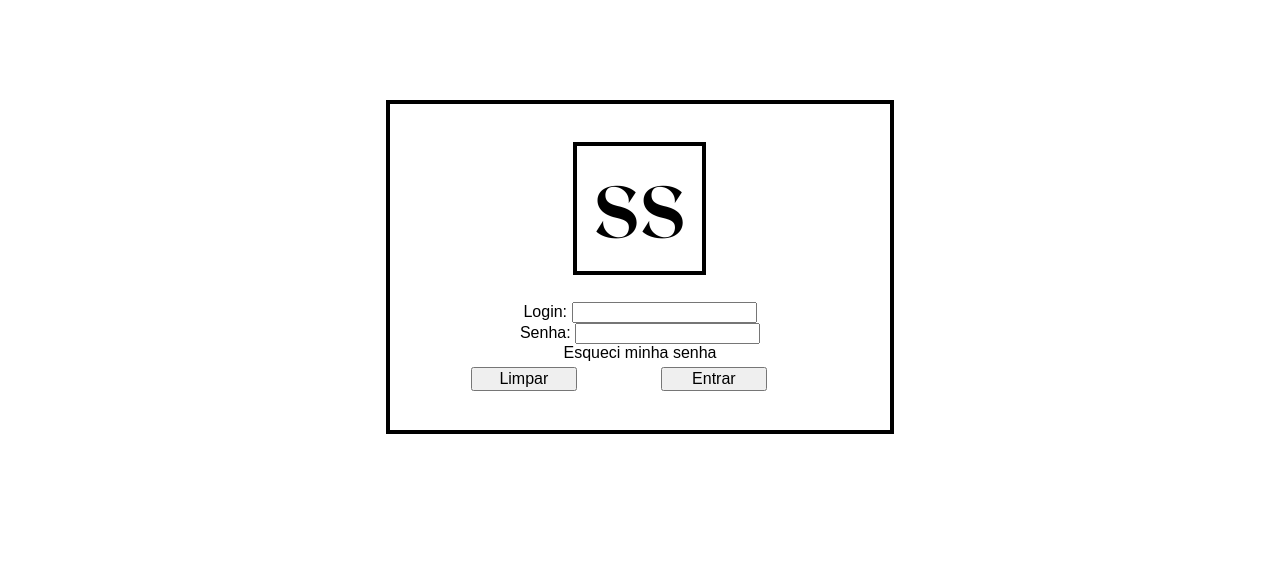
Repository: FaculdadeSenaiJoinville/PiMichelBaade
Page: http://localhost/ProjetoIndividual/
An editor plug-in stored every save of this project. The page is shown before and after the next save, followed by the edit.
The browser window is 1280 px wide. The pictures show the whole page.
The page is served by Tomcat 9. Other server files are loaded and not shown.

Above is the page before, as saved 2021-08-11 00:01:53.

### ProjetoIndividual/WebContent/index.html
<!DOCTYPE html>
<html lang="pt-br">
<head>
	<meta charset="UTF-8">
	<meta name="description" content="Site da Software dos Sonhos">
	<meta name="keywords" content="Padaria, Software, Sonhos">
	<meta name="author" content="Michel Baade">
	<meta name="viewport" content="width=device-width, initial-scale=1.0">
	<title>Software dos Sonhos</title>
	<link rel="stylesheet" type="text/css" href="css/site.css">
</head>
<body>
	<form name="frmlogin" method="post" action="#">
		<div id="logo"><img src="imgs/logo.png" alt="Logo da Software dos Sonhos"></div>
		<br>
		<div id="camposlogin">
		<label for="login">Login: </label>
		<input type="text" name="txtlogin" id="login"><br>
		<label for="senha">Senha: </label>
		<input type="password" name="txtsenha" id="senha"><br>
		<a>Esqueci minha senha</a><br>
		</div>
		<button type="reset">Limpar</button><button type="reset">Entrar</button>
	</form>
</body>
</html>

### ProjetoIndividual/WebContent/css/site.css
@charset "UTF-8";

body{
	width: 100%;
	margin: 0 auto;
	font-family: "Century Gothic", sans-serif;
	height: 100%;
}
img{
	border:4px solid #000;
	height: 125px;
	width: 125px;
}
form{
	border:4px solid #000;
	width: 33%;
	margin: 100px auto;
	height: 33%;
	padding: 3%;
}
#logo{
	text-align: center;
}
#camposlogin{
	padding: 5px;
}
div{
	text-align: center;
}
a {
	margin-top: 5px;
}
button {
	width: 25%;
	font-size: 16px;
	margin: 0 10%;
}

After the next save:
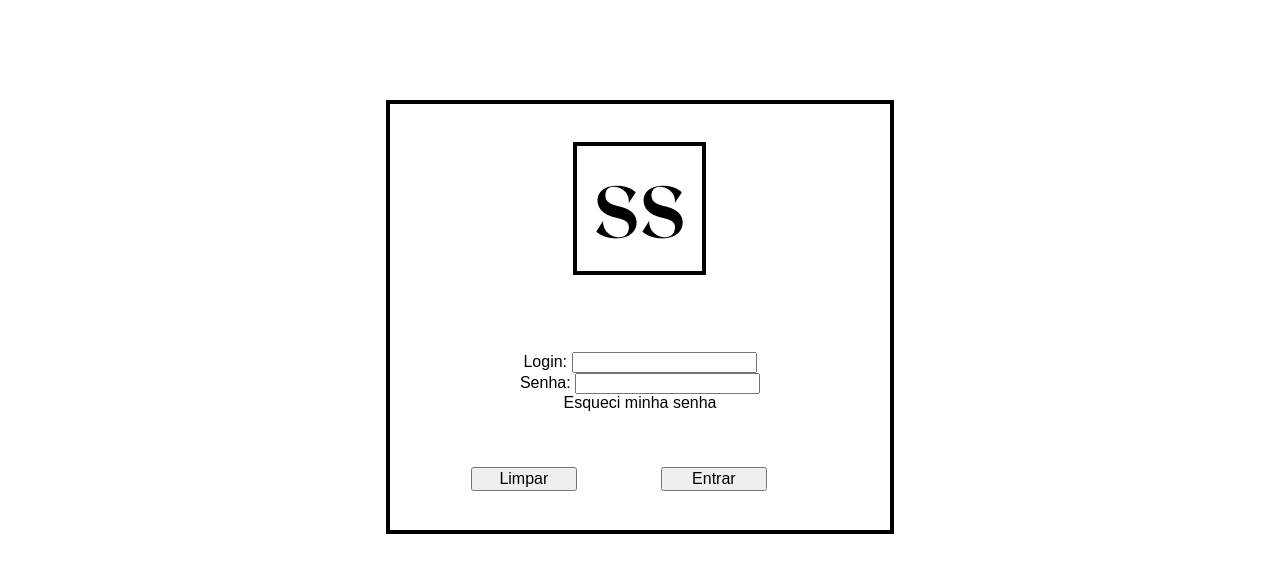
Saved 7 s later.
--- a/ProjetoIndividual/WebContent/css/site.css
+++ b/ProjetoIndividual/WebContent/css/site.css
@@ -22,7 +22,7 @@ form{
 	text-align: center;
 }
 #camposlogin{
-	padding: 5px;
+	padding: 55px;
 }
 div{
 	text-align: center;
